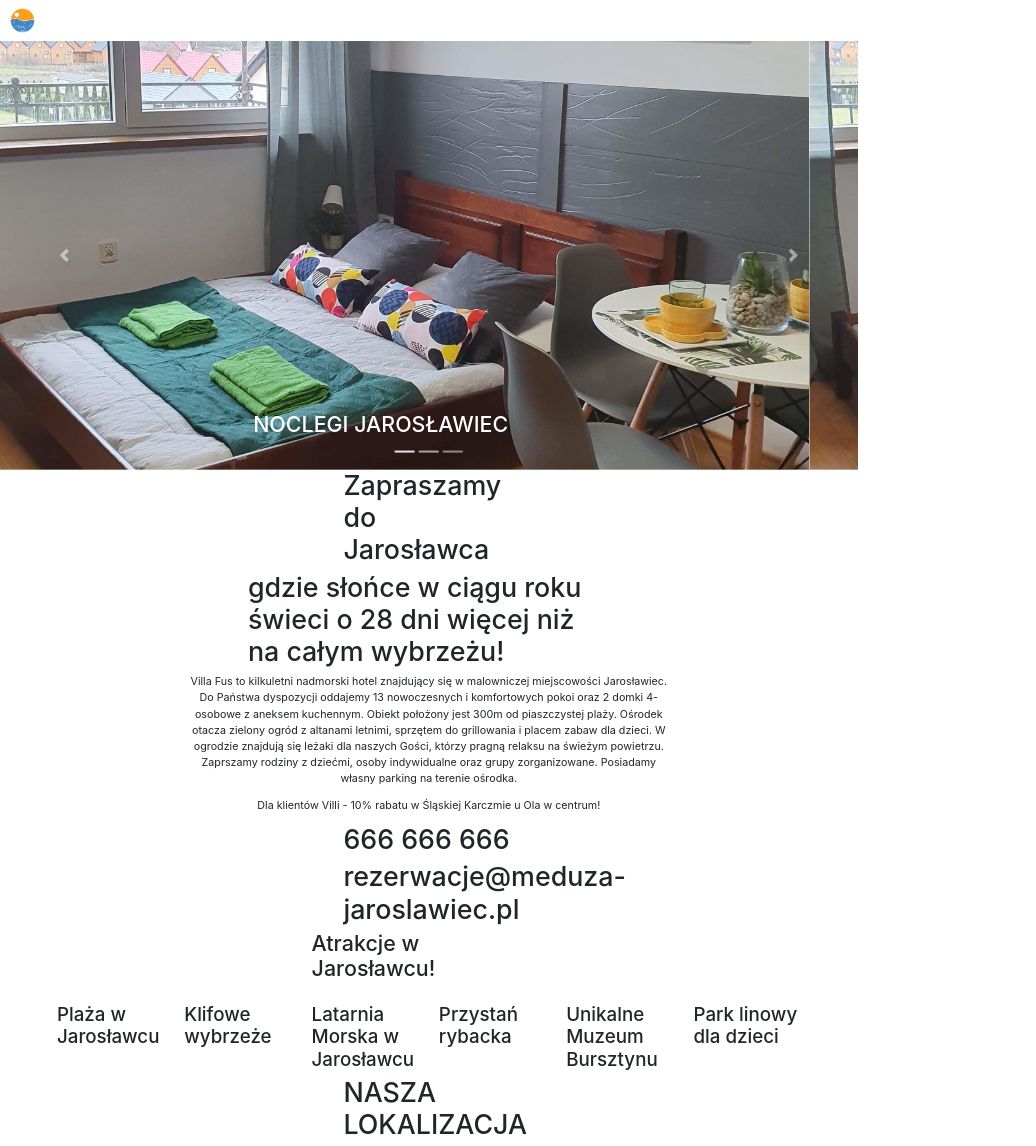
Repository: ArturDr/meduza_jaroslawiec
Page: http://localhost/
These files come from the project's save history. The page is drawn as it stood at one moment and after the next save; the edit follows.
The browser window is 1280 px wide. The page is 1280 px wide, then 1547 px, so the pictures cover 1547 px, including what lies to the right of the window. The pictures show the part of the page from y = 0 to 1711 px (the page is 2557 px tall before and 3045 px after), at 67% of full size.
Pictures or frames that could not be fetched are drawn as grey boxes. The page is run by PHP 8.4 with error messages shown; the project is at /var/www/html/.

Above is the page before, as saved 2020-06-01 19:50:53.
Console error: ReferenceError: baguetteBox is not defined

### medjar/index.php
<?php include('includes/header.php'); ?>

<title>Meduza Jarosławiec</title>

<?php include('includes/navbar.php'); ?>

<!--sec1-->
<section id="sec1">
    <div class="container">
        <div class="row justify-content-center">
            <div class="col-xl-3 col-lg-3 col-md-4 col-sm-4 col-6">
                <h1>Zapraszamy do Jarosławca</h1>
            </div>
        </div>
        <div class="row justify-content-center">
            <div class="col-xl-6 col-lg-6 col-md-8 col-sm-8 col-10">
                <h1>gdzie słońce w ciągu roku świeci o 28 dni więcej niż na całym wybrzeżu!</h1>
            </div>
        </div>
        <div class="row justify-content-center">
            <div class="col-xl-8 col-lg-8 col-md-10 col-sm-10 col-12">
                <p class="text-center">Villa Fus to kilkuletni nadmorski hotel znajdujący się w malowniczej miejscowości Jarosławiec. Do Państwa dyspozycji oddajemy 13 nowoczesnych i komfortowych pokoi oraz 2 domki 4-osobowe z aneksem kuchennym. Obiekt położony jest 300m od piaszczystej plaży. Ośrodek otacza zielony ogród z altanami letnimi, sprzętem do grillowania i placem zabaw dla dzieci. W ogrodzie znajdują się leżaki dla naszych Gości, którzy pragną relaksu na świeżym powietrzu. Zaprszamy rodziny z dziećmi, osoby indywidualne oraz grupy zorganizowane. Posiadamy własny parking na terenie ośrodka.</p>
            </div>
            <div class="col-xl-8 col-lg-8 col-md-10 col-sm-10 col-12">
                <p class="text-center">Dla klientów Villi - 10% rabatu w Śląskiej Karczmie u Ola w centrum!</p>
            </div>
        </div>
        <div class="row justify-content-center">
            <div class="col-xl-3 col-lg-3 col-md-4 col-sm-4 col-6">
                <h1>666 666 666</h1>
            </div>
        </div>
        <div class="row justify-content-center">
            <div class="col-xl-3 col-lg-3 col-md-4 col-sm-4 col-6">
                <h1>rezerwacje@meduza-jaroslawiec.pl</h1>
            </div>
        </div>
    </div>
</section>
<!-- end sec1-->

<!-- sec2-->
<section id="sec2">
	<div class="container">
		<div class="row justify-content-center">
			<div class="col-sm-4 col-4">
				<h2>Atrakcje w Jarosławcu!</h2>
			</div>
		</div>
		<div class="row">
			<div class="col-sm-2 col-12">
				<img src="">
				<h3>Plaża w Jarosławcu</h3>
			</div>
			<div class="col-sm-2 col-12">
				<img src="">
				<h3>Klifowe wybrzeże</h3>
			</div>
			<div class="col-sm-2 col-12">
				<img src="">
				<h3>Latarnia Morska w Jarosławcu</h3>
			</div>
			<div class="col-sm-2 col-12">
				<img src="">
				<h3>Przystań rybacka</h3>
			</div>
			<div class="col-sm-2 col-12">
				<img src="">
				<h3>Unikalne Muzeum Bursztynu</h3>
			</div>
			<div class="col-sm-2 col-12">
				<img src="">
				<h3>Park linowy dla dzieci</h3>
			</div>
		</div>
	</div>
</section>
<!-- end sec2 -->

<!-- sec3 -->
<section id="sec3">
    <div class="container">
        <div class="row justify-content-center">
            <div class="col-xl-3 col-lg-3 col-md-4 col-sm-4 col-6">
                <h1>NASZA LOKALIZACJA</h1>
            </div>
        </div>
    </div>
    <iframe src="https://www.google.com/maps/embed?pb=!1m14!1m8!1m3!1d9258.9887111871!2d16.536268!3d54.537953!3m2!1i1024!2i768!4f13.1!3m3!1m2!1s0x0%3A0x7378357c2304755a!2sMeduza!5e0!3m2!1spl!2spl!4v1590423370901!5m2!1spl!2spl" width="100%" height="600" frameborder="0" style="border:0;" allowfullscreen="" aria-hidden="false" tabindex="0"></iframe>
</section>
<!-- end sec3 -->


<?php include('includes/footer.php'); ?>

### medjar/includes/header.php
<!doctype html>
<html lang="pl">
    <head>
        <!-- Required meta tags -->
        <meta charset="utf-8">
        <meta name="viewport" content="width=device-width, initial-scale=1, shrink-to-fit=no">

        <!-- Bootstrap CSS -->
        <link rel="stylesheet" href="https://stackpath.bootstrapcdn.com/bootstrap/4.5.0/css/bootstrap.min.css" integrity="sha384-9aIt2nRpC12Uk9gS9baDl411NQApFmC26EwAOH8WgZl5MYYxFfc+NcPb1dKGj7Sk" crossorigin="anonymous">

        <!-- Custom Styles-->
        <link rel="stylesheet" type="text/css" href="style.css">
        <link rel="stylesheet" href="compact-gallery.css">

### medjar/includes/navbar.php
<link rel = "icon" type = "image/png" href = "images/logo.png">

</head>
    <body>
        <!-- nav-->
        <nav class="navbar navbar-expand-lg navbar-dark sticky-top" id="navibar">
            <a class="navbar-brand" href="index.php"><img src="images/logo.png" height="35" width="35" class="d-inline-block"></a>
            <button class="navbar-toggler" type="button" data-toggle="collapse" data-target="#navbarNavAltMarkup" aria-controls="navbarNavAltMarkup" aria-expanded="false" aria-label="Toggle navigation">
                <span class="navbar-toggler-icon"></span>
            </button>
            <div class="collapse navbar-collapse justify-content-end" id="navbarNavAltMarkup">
                <div class="navbar-nav">
                    <a class="nav-item nav-link active" href="jaroslawiec.php">Jarosławiec</a>
                    <a class="nav-item nav-link active" href="noclegi.php">Noclegi</a>
                    <a class="nav-item nav-link active" href="cennik.php">Cennik</a>
                    <a class="nav-item nav-link active" href="galeria.php">Galeria</a>
                    <a class="nav-item nav-link active" href="#sec4">Kontakt</a>
                </div>
            </div>
        </nav>
<!-- end nav-->

<!--Section1-->
<section id="sec1">
    <div id="carouselGallery" class="carousel slide" data-ride="carousel">
            <ol class="carousel-indicators">
                <li data-target="#carouselGallery" data-slide-to="0" class="active"></li>
                <li data-target="#carouselGallery" data-slide-to="1"></li>
                <li data-target="#carouselGallery" data-slide-to="2"></li>
            </ol>
        <div class="carousel-inner">
            <div class="carousel-item active">
                <img src="images/slide11.jpeg" height="100%" width="100%" class="d-block w-100" alt="...">
                <div class="carousel-caption d-none d-md-block">
                    <h2>NOCLEGI JAROSŁAWIEC</h2>
                </div>
            </div>
            <div class="carousel-item">
                <img src="images/slide11.jpeg" height="100%" width="100%" class="d-block w-100" alt="...">
                <div class="carousel-caption d-none d-md-block">
                    <h2>NOCLEGI JAROSŁAWIEC</h2>
                </div>
            </div>
            <div class="carousel-item">
                <img src="images/slide11.jpeg" height="100%" width="100%" class="d-block w-100" alt="..." >
                <div class="carousel-caption d-none d-md-block">
                    <h2>NOCLEGI JAROSŁAWIEC</h2>
                </div>
            </div>
        </div>
        <a class="carousel-control-prev" href="#carouselGallery" role="button" data-slide="prev">
            <span class="carousel-control-prev-icon" aria-hidden="true"></span>
            <span class="sr-only">Previous</span>
        </a>
        <a class="carousel-control-next" href="#carouselGallery" role="button" data-slide="next">
            <span class="carousel-control-next-icon" aria-hidden="true"></span>
            <span class="sr-only">Next</span>
        </a>
    </div>
</section>
        <!-- end sec1 -->

### medjar/includes/footer.php
<!-- sec4-->
<section id="sec4">
            <div class="container">
                <div class="row justify-content-center" id="kontakt">
                    <div class="col-xl-2 col-lg-3 col-md-4 col-sm-4 col-6">
                        <h1>KONTAKT</h1>
                    </div>
                </div>
                <div class="row justify-content-center">
                    <div class="col-xl-3 col-lg-3 col-md-4 col-sm-6 col-8">
                        <p class="text-center">ul. Zebrzydowicka 32/2,<br> 44-210 Rybnik</p>
                        <p class="text-center">+48 511 474 064</p>
                        <p class="text-center">biuro@beatalukas.pl</p>
                    </div>
                </div>
                <div class="row justify-content-end">
                    <div class="col-xl-2 col-lg-2 col-md-3 col-sm-4 col-5">
                        <footer>
                            <p>&copy;2020 Artur Robek</p>
                        </footer>
                    </div>
                </div>
            </div>
        </section>
        <!-- end sec4-->

<!-- Optional JavaScript -->
    <!-- jQuery first, then Popper.js, then Bootstrap JS -->
    <script src="https://code.jquery.com/jquery-3.5.1.slim.min.js" integrity="sha384-DfXdz2htPH0lsSSs5nCTpuj/zy4C+OGpamoFVy38MVBnE+IbbVYUew+OrCXaRkfj" crossorigin="anonymous"></script>
    <script src="https://cdn.jsdelivr.net/npm/popper.js@1.16.0/dist/umd/popper.min.js" integrity="sha384-Q6E9RHvbIyZFJoft+2mJbHaEWldlvI9IOYy5n3zV9zzTtmI3UksdQRVvoxMfooAo" crossorigin="anonymous"></script>
    <script src="https://stackpath.bootstrapcdn.com/bootstrap/4.5.0/js/bootstrap.min.js" integrity="sha384-OgVRvuATP1z7JjHLkuOU7Xw704+h835Lr+6QL9UvYjZE3Ipu6Tp75j7Bh/kR0JKI" crossorigin="anonymous"></script>
    <script>
        baguetteBox.run('.compact-gallery', { animation: 'slideIn'});
    </script>
    </body>
</html>

### medjar/compact-gallery.css
.gallery-block{
    padding-bottom: 60px;
    padding-top: 60px;
  }

  .gallery-block .heading{
      margin-bottom: 50px;
      text-align: center;
  }

  .gallery-block .heading h2{
      font-weight: bold;
      font-size: 1.4rem;
      text-transform: uppercase;
  }

  .gallery-block.compact-gallery .item{
    overflow: hidden;
    margin-bottom: 0;
    background: black;
    opacity: 1;
  }

  .gallery-block.compact-gallery .item .image{
    transition: 0.8s ease;
  }

  .gallery-block.compact-gallery .item .info{
    position: relative;
      display: inline-block;
  }

  .gallery-block.compact-gallery .item .description{
    display: grid;
      position: absolute;
      bottom: 0;
      left: 0;
      color: #fff;
      padding: 10px;
      font-size: 17px;
      line-height: 18px;
      width: 100%;
      padding-top: 15px;
      padding-bottom: 15px;
      opacity: 1;
      color: #fff;
      transition: 0.8s ease;
      text-align: center;
      text-shadow: 1px 1px 1px rgba(0, 0, 0, 0.2);
      background: linear-gradient(to bottom, transparent, rgba(0, 0, 0, 0.39));
  }

  .gallery-block.compact-gallery .item .description .description-heading{
    font-size: 1em;
    font-weight: bold;
  }

  .gallery-block.compact-gallery .item .description .description-body{
    font-size: 0.8em;
    margin-top: 10px;
    font-weight: 300;
  }

  @media (min-width: 576px) {

    .gallery-block.compact-gallery .item .description {
      opacity: 0;
    }

    .gallery-block.compact-gallery .item a:hover .description {
      opacity: 1;
    }

    .gallery-block .zoom-on-hover:hover .image {
      transform: scale(1.3);
      opacity: 0.7;
    }
  }

Loaded but not shown: medjar/style.css (no stored copy; drawn as an empty file)

After the next save:
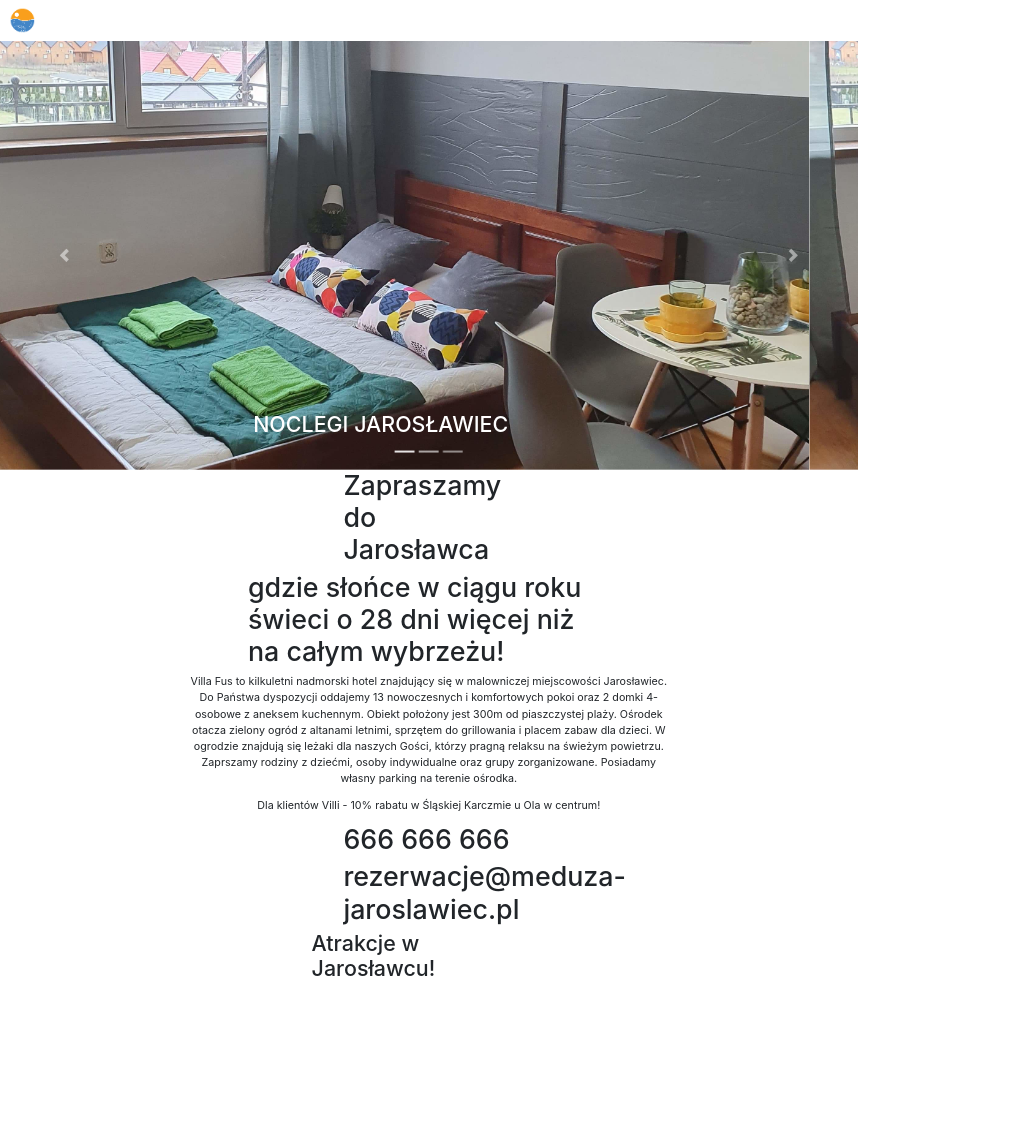
Saved 60 min 35 s later.
--- a/medjar/index.php
+++ b/medjar/index.php
@@ -49,27 +49,27 @@
 		</div>
 		<div class="row">
 			<div class="col-sm-2 col-12">
-				<img src="">
+				<img src="images/beach.png">
 				<h3>Plaża w Jarosławcu</h3>
 			</div>
 			<div class="col-sm-2 col-12">
-				<img src="">
+				<img src="images/cliff.png">
 				<h3>Klifowe wybrzeże</h3>
 			</div>
 			<div class="col-sm-2 col-12">
-				<img src="">
+				<img src="images/lighthouse.png">
 				<h3>Latarnia Morska w Jarosławcu</h3>
 			</div>
 			<div class="col-sm-2 col-12">
-				<img src="">
+				<img src="images/anchor.png">
 				<h3>Przystań rybacka</h3>
 			</div>
 			<div class="col-sm-2 col-12">
-				<img src="">
+				<img src="images/museum.png">
 				<h3>Unikalne Muzeum Bursztynu</h3>
 			</div>
 			<div class="col-sm-2 col-12">
-				<img src="">
+				<img src="images/rope.png">
 				<h3>Park linowy dla dzieci</h3>
 			</div>
 		</div>
